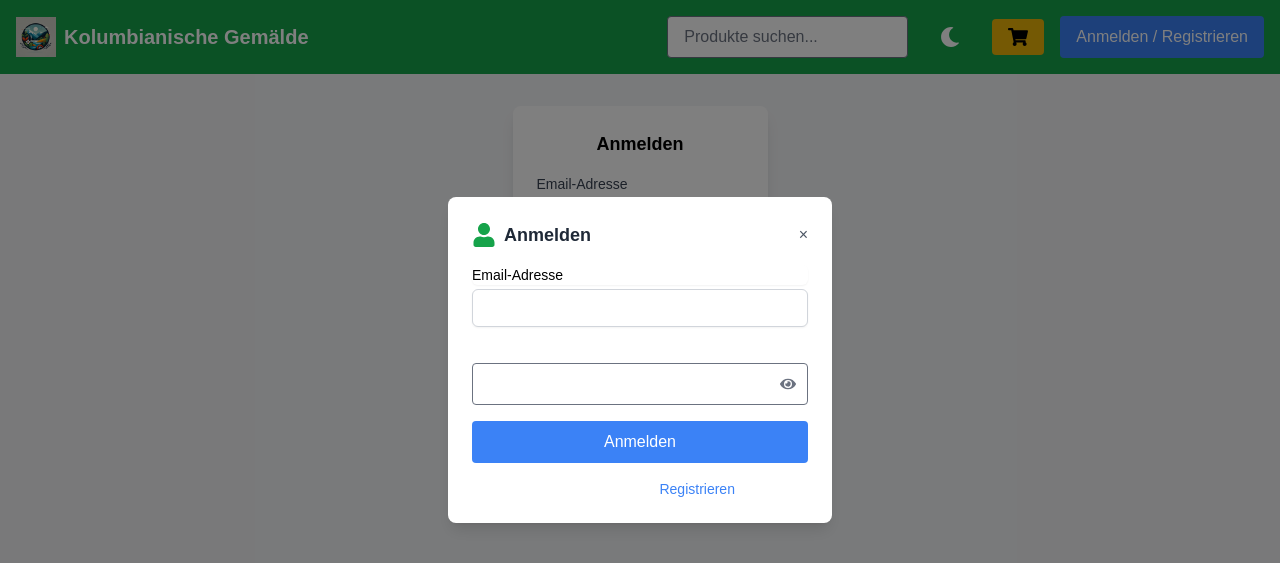
Repository: alixchaparrov/bilder-shop
Page: /, after clicking the first element matching `button.bg-blue-500`
These files come from the project's save history. The page is drawn as it stood at one moment and after the next save; the edit follows.
The browser window is 1280 px wide. The pictures show the whole page.
The page's requests for data from a server got no answer. The project was rebuilt for these pictures with package versions that can differ from the ones it lists, and the page was loaded fresh each time. The framework's server and built-in components were replaced by stand-ins that run in the browser. No one was signed in, and anything a server would have sent is missing. Also part of the build but not shown: next.config.ts, src/store/cartStore.ts, src/app/components/ProductCard.tsx.

Above is the page before, as saved 2025-01-06 14:37:47.

### src/app/layout.tsx
"use client";

import "./globals.css";
import { AuthProvider } from "../context/AuthContext";

export default function RootLayout({
  children,
}: {
  children: React.ReactNode;
}) {
  return (
    <html lang="de">
      <head>
        <title>Kolumbianische Gemälde</title>
        <meta
          name="description"
          content="Galerie von kolumbianischen Landschaftsgemälden. Entdecken Sie die Schönheit Kolumbiens durch unsere einzigartigen Kunstwerke."
        />
        <meta
          name="keywords"
          content="Kolumbianische Kunst, Landschaftsgemälde, Gemälde kaufen"
        />
        <link rel="icon" href="/favicon.ico" />
      </head>
      <body>
        <AuthProvider>
          {children}
        </AuthProvider>
      </body>
    </html>
  );
}

### src/app/page.tsx
"use client";

import { useState, useEffect } from "react";
import client from "@/lib/sanity";
import ProductCard from "@/app/components/ProductCard";
import Navbar from "@/app/components/Navbar";
import { useCartStore } from "@/store/cartStore";
import { useAuth } from "../context/AuthContext";

export default function Home() {
  const [searchQuery, setSearchQuery] = useState(""); // Estado para la búsqueda
  const [darkMode, setDarkMode] = useState(false); // Estado para modo oscuro
  const [products, setProducts] = useState([]); // Estado para los productos
  const { user, login, register } = useAuth(); // Contexto de autenticación
  const [currentPage, setCurrentPage] = useState(1); // Estado para la paginación
  const itemsPerPage = 6; // Número de productos por página
  const [email, setEmail] = useState("");
  const [password, setPassword] = useState("");
  const [error, setError] = useState<string | null>(null);

  useEffect(() => {
    const fetchProducts = async () => {
      try {
        const fetchedProducts = await client.fetch(`*[_type == "product"]`);
        setProducts(fetchedProducts);
      } catch (err) {
        console.error("Error al cargar productos:", err);
      }
    };

    fetchProducts();
  }, []);

  const handleLogin = async (e: React.FormEvent) => {
    e.preventDefault();
    setError(null);
    try {
      await login(email, password);
    } catch (err: any) {
      setError(err.message || "Error al iniciar sesión.");
    }
  };

  const filteredProducts = products.filter((product) =>
    product.name.toLowerCase().includes(searchQuery.toLowerCase())
  );

  const totalPages = Math.ceil(filteredProducts.length / itemsPerPage);

  const displayedProducts = filteredProducts.slice(
    (currentPage - 1) * itemsPerPage,
    currentPage * itemsPerPage
  );

  if (!user) {
    // Mostrar formulario de inicio de sesión
    return (
      <div
        className={`min-h-screen flex flex-col ${
          darkMode ? "bg-gray-900 text-white" : "bg-gray-100 text-black"
        }`}
      >
        <Navbar
          searchQuery={searchQuery}
          setSearchQuery={setSearchQuery}
          toggleDarkMode={() => setDarkMode(!darkMode)}
          darkMode={darkMode}
        />
        <main className="flex-grow pt-24 p-4 sm:p-8 max-w-7xl mx-auto">
          <div className="bg-white rounded-lg shadow-lg p-6 w-full max-w-sm mx-auto">
            <h2 className="text-lg font-semibold text-center mb-4">Anmelden</h2>
            {error && <p className="text-red-500 text-sm">{error}</p>}
            <form onSubmit={handleLogin} className="space-y-4">
              <div>
                <label htmlFor="email" className="block text-sm font-medium text-gray-700">
                  Email-Adresse
                </label>
                <input
                  id="email"
                  type="email"
                  placeholder="Email"
                  value={email}
                  onChange={(e) => setEmail(e.target.value)}
                  className="mt-1 block w-full rounded-md border-gray-300 shadow-sm focus:ring-blue-500 focus:border-blue-500 sm:text-sm"
                  required
                />
              </div>
              <div>
                <label htmlFor="password" className="block text-sm font-medium text-gray-700">
                  Passwort
                </label>
                <input
                  id="password"
                  type="password"
                  placeholder="Passwort"
                  value={password}
                  onChange={(e) => setPassword(e.target.value)}
                  className="mt-1 block w-full rounded-md border-gray-300 shadow-sm focus:ring-blue-500 focus:border-blue-500 sm:text-sm"
                  required
                />
              </div>
              <button
                type="submit"
                className="w-full bg-blue-500 hover:bg-blue-600 text-white font-semibold py-2 rounded-md focus:outline-none"
              >
                Anmelden
              </button>
            </form>
          </div>
        </main>
      </div>
    );
  }

  // Mostrar productos si el usuario está autenticado
  return (
    <div
      className={`min-h-screen flex flex-col ${
        darkMode ? "bg-gray-900 text-white" : "bg-gray-100 text-black"
      }`}
    >
      <Navbar
        searchQuery={searchQuery}
        setSearchQuery={setSearchQuery}
        toggleDarkMode={() => setDarkMode(!darkMode)}
        darkMode={darkMode}
      />
      <main className="flex-grow pt-24 p-4 sm:p-8 max-w-7xl mx-auto">
        <h2 className="text-2xl sm:text-3xl lg:text-4xl font-semibold text-center mb-6">
          Unsere Gemälde
        </h2>
        {filteredProducts.length > 0 ? (
          <div className="grid grid-cols-1 sm:grid-cols-2 lg:grid-cols-3 gap-6">
            {displayedProducts.map((product) => (
              <ProductCard key={product._id} product={product} />
            ))}
          </div>
        ) : (
          <p className="text-center text-gray-500">Keine Produkte gefunden.</p>
        )}

        <div className="flex justify-center items-center mt-8 space-x-4">
          <button
            className="bg-gray-300 px-4 py-2 rounded-lg"
            disabled={currentPage === 1}
            onClick={() => setCurrentPage(1)}
          >
            Inicio
          </button>
          <button
            className="bg-gray-300 px-4 py-2 rounded-lg"
            disabled={currentPage === 1}
            onClick={() => setCurrentPage(currentPage - 1)}
          >
            Anterior
          </button>
          <span>
            Página {currentPage} de {totalPages}
          </span>
          <button
            className="bg-gray-300 px-4 py-2 rounded-lg"
            disabled={currentPage === totalPages}
            onClick={() => setCurrentPage(currentPage + 1)}
          >
            Siguiente
          </button>
          <button
            className="bg-gray-300 px-4 py-2 rounded-lg"
            disabled={currentPage === totalPages}
            onClick={() => setCurrentPage(totalPages)}
          >
            Final
          </button>
        </div>
      </main>
    </div>
  );
}

### src/app/globals.css
@tailwind base;
@tailwind components;
@tailwind utilities;

/* Variables de color */
:root {
  --background: #ffffff; /* Fondo claro */
  --foreground: #000000; /* Texto oscuro */
  --primary: #00704A; /* Verde primario */
  --secondary: #FFB400; /* Amarillo vibrante */
  --accent: #D62828; /* Rojo cálido */
}

.dark {
  --background: #000000; /* Fondo oscuro */
  --foreground: #ffffff; /* Texto claro */
  --primary: #34D399; /* Verde más claro para fondo oscuro */
  --secondary: #FACC15; /* Amarillo claro para fondo oscuro */
  --accent: #EF4444; /* Rojo vibrante */
}

@media (prefers-color-scheme: dark) {
  :root {
    --background: #0a0a0a;
    --foreground: #ededed;
  }
}

/* Estilo general */
body {
  color: var(--foreground);
  background: var(--background);
  font-family: Arial, Helvetica, sans-serif;
  line-height: 1.6; /* Mejor legibilidad */
}

/* Espaciado adicional */
main {
  padding-top: 6rem; /* Más espacio debajo de la barra de navegación */
}

/* Botones */
.btn-primary {
  @apply px-4 py-2 font-bold rounded transition duration-300;
}

.btn-green {
  @apply bg-green-500 text-white px-4 py-2 rounded-lg hover:bg-green-600 active:scale-95 shadow-sm;
}

.btn-yellow {
  @apply bg-yellow-500 text-black px-4 py-2 rounded-lg hover:bg-yellow-600 active:scale-95 shadow-sm;
}

.btn-gray {
  @apply bg-gray-600 text-gray-400 opacity-50 cursor-not-allowed shadow-none px-4 py-2;
}

/* Botón del carrito */
.cart-button {
  @apply relative flex items-center justify-center p-2 rounded-full bg-yellow-500 hover:bg-yellow-600 transition-colors duration-300 shadow-md;
}

.cart-counter {
  @apply absolute -top-1 -right-1 bg-red-500 text-white rounded-full w-6 h-6 flex items-center justify-center text-sm font-bold shadow-lg;
}

/* Iconos */
.icon-cart {
  @apply flex items-center justify-center rounded-full p-2 shadow-md;
  background-color: var(--secondary);
  color: var(--foreground);
  transition: transform 0.3s;
}

.icon-cart:hover {
  @apply scale-105;
}

.icon-cart-badge {
  @apply absolute bg-red-500 text-white rounded-full flex items-center justify-center text-xs font-bold;
  width: 1.5rem;
  height: 1.5rem;
  top: -0.5rem;
  right: -0.5rem;
  box-shadow: 0 2px 4px rgba(0, 0, 0, 0.2);
}

/* Modal del carrito */
.modal-overlay {
  @apply fixed inset-0 bg-black bg-opacity-60 flex justify-center items-center z-50;
}

.modal-content {
  @apply bg-white text-black dark:bg-gray-800 dark:text-gray-200 p-6 rounded-lg shadow-lg max-w-lg w-full;
}

.modal-content .text-lg {
  font-size: 1.125rem;
}

.modal-content .text-xl {
  font-size: 1.25rem;
  font-weight: bold;
  color: var(--primary); /* Usa tu color principal */
}


.modal-header {
  @apply text-lg font-bold mb-4 text-center;
}

.modal-close {
  @apply mt-4 w-full bg-gray-800 text-white py-2 rounded hover:bg-gray-700 dark:bg-gray-600 dark:hover:bg-gray-500;
}

/* Estilo para las tarjetas */
.card {
  @apply bg-card shadow-card rounded-lg overflow-hidden flex flex-col transition-transform duration-300 hover:scale-105 hover:shadow-lg;
}

.card-title {
  @apply text-lg sm:text-xl font-serif font-bold;
}

.card-description {
  @apply text-sm sm:text-base text-gray-600;
}

.card-price {
  @apply text-lg font-semibold text-accent mt-2;
}

.cart-button {
  @apply relative flex items-center justify-center p-2 rounded-full bg-yellow-500 hover:bg-yellow-600 transition-colors duration-300 shadow-md;
}

.cart-counter {
  @apply absolute -top-1 -right-1 bg-red-500 text-white rounded-full w-6 h-6 flex items-center justify-center text-sm font-bold shadow-lg;
}

/* Estilo para inputs */
input[type="text"] {
  @apply px-4 py-2 rounded border focus:outline-none focus:ring-2 focus:ring-secondary;
  transition: box-shadow 0.3s;
  color: #000 !important;
}

/* Transiciones suaves */
button {
  transition: transform 0.3s ease, background-color 0.3s ease, color 0.3s ease;
}

button:hover {
  transform: translateY(-2px);
}

button:active {
  transform: scale(0.95);
}

/* Contenedor de las tarjetas */
.grid-container {
  @apply gap-8;
}


/* Ajustes específicos para el diseño */
.navbar {
  @apply bg-primary text-textLight fixed top-0 left-0 right-0 z-50 flex justify-between items-center p-4;
}

.navbar input {
  @apply bg-white border-gray-300 rounded px-4 py-2 focus:outline-none focus:ring-2 focus:ring-secondary;
}

.footer {
  @apply bg-gray-800 text-white text-center py-6;
}

.modal {
  position: fixed; /* Para que esté fijo en la pantalla */
  top: 50%; /* Centrar verticalmente */
  left: 50%; /* Centrar horizontalmente */
  transform: translate(-50%, -50%); /* Ajuste para centrar correctamente */
  z-index: 1000; /* Asegúrate de que esté encima de otros elementos */
  background-color: white; /* Fondo del modal */
  padding: 20px; /* Espaciado interno */
  border-radius: 10px; /* Bordes redondeados */
  box-shadow: 0 4px 6px rgba(0, 0, 0, 0.1); /* Sombra */
  width: 90%; /* Ajusta el ancho según lo que necesites */
  max-width: 400px; /* Ancho máximo */
}

.modal-overlay {
  position: fixed;
  top: 0;
  left: 0;
  width: 100%;
  height: 100%;
  background: rgba(0, 0, 0, 0.6); /* Fondo semitransparente */
  display: flex;
  justify-content: center;
  align-items: center;
  z-index: 999; /* Por encima de todo */
}

.modal-content {
  background: white;
  border-radius: 10px; /* Bordes redondeados */
  box-shadow: 0 4px 12px rgba(0, 0, 0, 0.15); /* Sombra */
  padding: 20px;
  width: 90%; /* Asegura que se adapte a pantallas pequeñas */
  max-width: 400px; /* Ancho máximo */
  animation: fadeIn 0.3s ease-in-out; /* Animación */
}


@keyframes fadeIn {
  from {
    opacity: 0;
    transform: scale(0.9);
  }
  to {
    opacity: 1;
    transform: scale(1);
  }
}

.modal-close {
  position: absolute;
  top: 10px;
  right: 10px;
  background: none;
  border: none;
  font-size: 1.5rem;
  cursor: pointer;
  color: #555;
  transition: color 0.2s;
}

.modal-close:hover {
  color: #000;
}

### src/context/AuthContext.tsx
import { createContext, useContext, useState, ReactNode } from "react";

interface User {
  id: number;
  name: string;
  email: string;
  role: string;
}

interface AuthContextType {
  user: User | null;
  login: (email: string, password: string) => Promise<void>;
  register: (name: string, email: string, password: string) => Promise<void>;
  logout: () => void;
}

const AuthContext = createContext<AuthContextType | null>(null);

export const AuthProvider = ({ children }: { children: ReactNode }) => {
  const [user, setUser] = useState<User | null>(null);

  const login = async (email: string, password: string): Promise<void> => {
    try {
      const response = await fetch("/api/auth/nextauth", {
        method: "POST",
        headers: { "Content-Type": "application/json" },
        body: JSON.stringify({ email, password }),
      });

      if (!response.ok) {
        const error = await response.json();
        throw new Error(error.error);
      }

      const data = await response.json();
      setUser(data.user);
    } catch (error) {
      console.error("Error en login:", error);
      throw error;
    }
  };

  const register = async (
    name: string,
    email: string,
    password: string
  ): Promise<void> => {
    try {
      const response = await fetch("/api/register", {
        method: "POST",
        headers: { "Content-Type": "application/json" },
        body: JSON.stringify({ name, email, password }),
      });

      if (!response.ok) {
        const error = await response.json();
        throw new Error(error.error);
      }

      const data = await response.json();
      setUser(data.user); // Puedes decidir si autenticar automáticamente después del registro
    } catch (error) {
      console.error("Error en register:", error);
      throw error;
    }
  };

  const logout = (): void => {
    setUser(null);
    localStorage.removeItem("user"); // Si estás usando almacenamiento persistente
    window.location.href = "/";
  };

  return (
    <AuthContext.Provider value={{ user, login, register, logout }}>
      {children}
    </AuthContext.Provider>
  );
};

export const useAuth = () => {
  const context = useContext(AuthContext);
  if (!context) {
    throw new Error("useAuth debe ser utilizado dentro de un AuthProvider.");
  }
  return context;
};

### src/lib/sanity.ts
import { createClient } from "@sanity/client";
import imageUrlBuilder from "@sanity/image-url";

const client = createClient({
  projectId: process.env.SANITY_PROJECT_ID || "mo3mvugi",
  dataset: process.env.SANITY_DATASET || "production",
  apiVersion: "2023-01-01",
  useCdn: true,
  token: process.env.SANITY_WRITE_TOKEN,
});

const builder = imageUrlBuilder(client);

export const urlFor = (source) => builder.image(source);

export default client;

### src/app/components/Navbar.tsx
"use client";

import { useState, useEffect } from "react";
import { useRouter } from "next/navigation";
import { useAuth } from "../../context/AuthContext";
import { FaShoppingCart, FaMoon, FaSun } from "react-icons/fa";
import AuthModal from "../components/AuthModalContent";

export default function Navbar({
  searchQuery,
  setSearchQuery,
  toggleDarkMode,
  darkMode,
}: {
  searchQuery: string;
  setSearchQuery: (value: string) => void;
  toggleDarkMode: () => void;
  darkMode: boolean;
}) {
  const [isCartOpen, setIsCartOpen] = useState(false);
  const [isAuthModalOpen, setIsAuthModalOpen] = useState(false);
  const { user, logout } = useAuth();
  const router = useRouter();

  useEffect(() => {
    if (user?.role === "admin") {
      router.push("/admin/dashboard"); // Redirigir automáticamente al dashboard si es admin
    }
  }, [user, router]);

  return (
    <nav className="flex justify-between items-center p-4 bg-green-600 text-white">
      <div className="flex items-center">
        <img src="/images/logo.png" alt="Logo" className="h-10 w-10 mr-2" />
        <h1 className="text-xl font-bold">Kolumbianische Gemälde</h1>
      </div>

      <div className="flex items-center space-x-4">
        <input
          type="text"
          placeholder="Produkte suchen..."
          className="px-4 py-2 rounded-lg text-black"
          value={searchQuery}
          onChange={(e) => setSearchQuery(e.target.value)}
        />
        <button className="px-4 py-2 rounded-lg" onClick={toggleDarkMode}>
          {darkMode ? <FaSun size={20} /> : <FaMoon size={20} />}
        </button>

        <button
          className="relative flex items-center space-x-2 bg-yellow-500 hover:bg-yellow-600 text-black px-4 py-2 rounded"
          onClick={() => setIsCartOpen(true)}
        >
          <FaShoppingCart size={20} />
        </button>

        {user ? (
          <div className="flex items-center space-x-4">
            <span>Willkommen, {user.name}</span>
            {user.role === "admin" && (
              <button
                className="bg-blue-500 hover:bg-blue-600 text-white px-4 py-2 rounded"
                onClick={() => router.push("/admin/dashboard")}
              >
                Dashboard
              </button>
            )}
            <button
              onClick={logout}
              className="bg-red-500 hover:bg-red-600 text-white px-4 py-2 rounded"
            >
              Abmelden
            </button>
          </div>
        ) : (
          <button
            onClick={() => setIsAuthModalOpen(true)}
            className="bg-blue-500 hover:bg-blue-600 text-white px-4 py-2 rounded"
          >
            Anmelden / Registrieren
          </button>
        )}
      </div>

      {/* Render del Modal */}
      {isAuthModalOpen && (
        <AuthModal onClose={() => setIsAuthModalOpen(false)} />
      )}
    </nav>
  );
}

### src/app/components/AuthModalContent.tsx
"use client";

import { useState } from "react";
import { useAuth } from "../../context/AuthContext";
import { FaUser, FaEye, FaEyeSlash } from "react-icons/fa";

export default function AuthModal({ onClose }: { onClose: () => void }) {
  const { login, register } = useAuth();
  const [name, setName] = useState("");
  const [email, setEmail] = useState("");
  const [password, setPassword] = useState("");
  const [isRegistering, setIsRegistering] = useState(false);
  const [error, setError] = useState<string | null>(null);
  const [showPassword, setShowPassword] = useState(false);
  const [loading, setLoading] = useState(false);

  const handleSubmit = async (e: React.FormEvent) => {
    e.preventDefault();
    setError(null);
    setLoading(true);
    try {
      if (isRegistering) {
        await register(name, email, password);
        alert("Registrierung erfolgreich");
      } else {
        await login(email, password);
        alert("Anmeldung erfolgreich");
      }
      onClose();
    } catch (err: any) {
      setError(err.message || "Ein Fehler ist aufgetreten.");
    } finally {
      setLoading(false);
    }
  };

  return (
    <div
      className="fixed inset-0 flex items-center justify-center bg-black bg-opacity-50 z-50"
      onClick={onClose}
    >
      <div
        className="bg-white rounded-lg shadow-lg p-6 w-full max-w-sm"
        onClick={(e) => e.stopPropagation()}
      >
        <div className="flex items-center justify-between mb-4">
          <div className="flex items-center space-x-2">
            <FaUser size={24} className="text-green-600" />
            <h2 className="text-lg font-semibold text-gray-800">
              {isRegistering ? "Registrieren" : "Anmelden"}
            </h2>
          </div>
          <button
            onClick={onClose}
            className="text-gray-600 hover:text-gray-800 focus:outline-none"
          >
            &times;
          </button>
        </div>

        <form onSubmit={handleSubmit} className="space-y-4">
          {error && <p className="text-red-500 text-sm">{error}</p>}
          {isRegistering && (
            <div>
              <label htmlFor="name" className="block text-sm font-medium">
                Benutzername
              </label>
              <input
                id="name"
                type="text"
                value={name}
                onChange={(e) => setName(e.target.value)}
                className="w-full p-2 border rounded"
              />
            </div>
          )}
          <div>
            <label htmlFor="email" className="mt-1 block w-full rounded-md border-gray-300 shadow-sm focus:ring-blue-500 focus:border-blue-500 sm:text-sm text-black">
              Email-Adresse
            </label>
            <input
              id="email"
              type="email"
              value={email}
              onChange={(e) => setEmail(e.target.value)}
              className="mt-1 block w-full rounded-md border-gray-300 shadow-sm focus:ring-blue-500 focus:border-blue-500 sm:text-sm text-black"
            />
          </div>
          <div>
            <label htmlFor="password" className="block text-sm font-medium">
              Passwort
            </label>
            <div className="relative">
              <input
                id="password"
                type={showPassword ? "text" : "password"}
                value={password}
                onChange={(e) => setPassword(e.target.value)}
                className="w-full p-2 border rounded"
              />
              <button
                type="button"
                onClick={() => setShowPassword(!showPassword)}
                className="absolute inset-y-0 right-0 px-3 text-gray-500"
              >
                {showPassword ? <FaEyeSlash /> : <FaEye />}
              </button>
            </div>
          </div>
          <button
            type="submit"
            disabled={loading}
            className="w-full bg-blue-500 text-white p-2 rounded"
          >
            {loading
              ? "Bitte warten..."
              : isRegistering
              ? "Registrieren"
              : "Anmelden"}
          </button>
        </form>

        <div className="mt-4 text-sm text-center">
          {isRegistering ? (
            <p>
              Haben Sie ein Konto?{" "}
              <button
                type="button"
                onClick={() => setIsRegistering(false)}
                className="text-blue-500"
              >
                Anmelden
              </button>
            </p>
          ) : (
            <p>
              Noch kein Konto?{" "}
              <button
                type="button"
                onClick={() => setIsRegistering(true)}
                className="text-blue-500"
              >
                Registrieren
              </button>
            </p>
          )}
        </div>
      </div>
    </div>
  );
}

### tailwind.config.ts
import type { Config } from "tailwindcss";

const config: Config = {
  content: [
    "./src/**/*.{js,ts,jsx,tsx}",
    "./src/pages/**/*.{js,ts,jsx,tsx}",
    "./src/components/**/*.{js,ts,jsx,tsx}",
    "./src/app/**/*.{js,ts,jsx,tsx}",
  ],
  theme: {
    extend: {
      colors: {
        primary: "#00704A",
        secondary: "#FFB400",
        accent: "#D62828",
        background: "#F3F4F6",
        card: "#FFFFFF",
        textDark: "#1B1B1B",
        textLight: "#FAFAFA",
      },
      fontFamily: {
        sans: ["Poppins", "sans-serif"],
        serif: ["Merriweather", "serif"],
      },
      boxShadow: {
        card: "0 4px 6px rgba(0, 0, 0, 0.1)",
      },
    },
  },
  darkMode: "class",
  plugins: [require("@tailwindcss/forms")],
};

export default config;

After the next save:
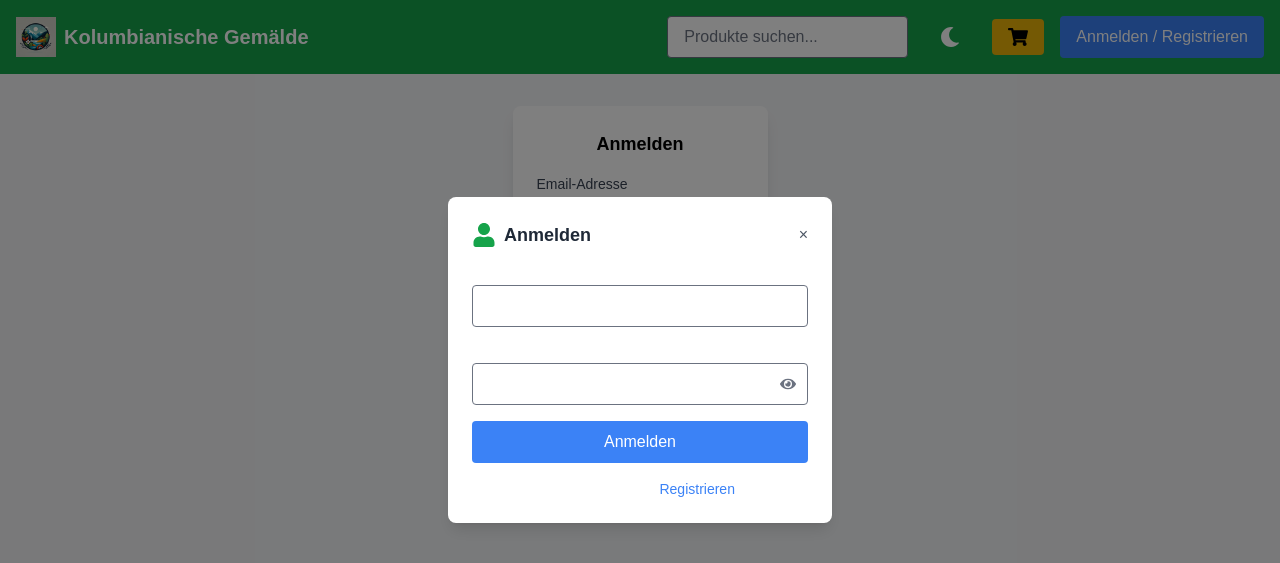
Saved 23 s later.
--- a/src/app/components/AuthModalContent.tsx
+++ b/src/app/components/AuthModalContent.tsx
@@ -75,7 +75,7 @@ export default function AuthModal({ onClose }: { onClose: () => void }) {
             </div>
           )}
           <div>
-            <label htmlFor="email" className="mt-1 block w-full rounded-md border-gray-300 shadow-sm focus:ring-blue-500 focus:border-blue-500 sm:text-sm text-black">
+            <label htmlFor="email" className="block text-sm font-medium">
               Email-Adresse
             </label>
             <input
@@ -83,7 +83,7 @@ export default function AuthModal({ onClose }: { onClose: () => void }) {
               type="email"
               value={email}
               onChange={(e) => setEmail(e.target.value)}
-              className="mt-1 block w-full rounded-md border-gray-300 shadow-sm focus:ring-blue-500 focus:border-blue-500 sm:text-sm text-black"
+              className="w-full p-2 border rounded"
             />
           </div>
           <div>
